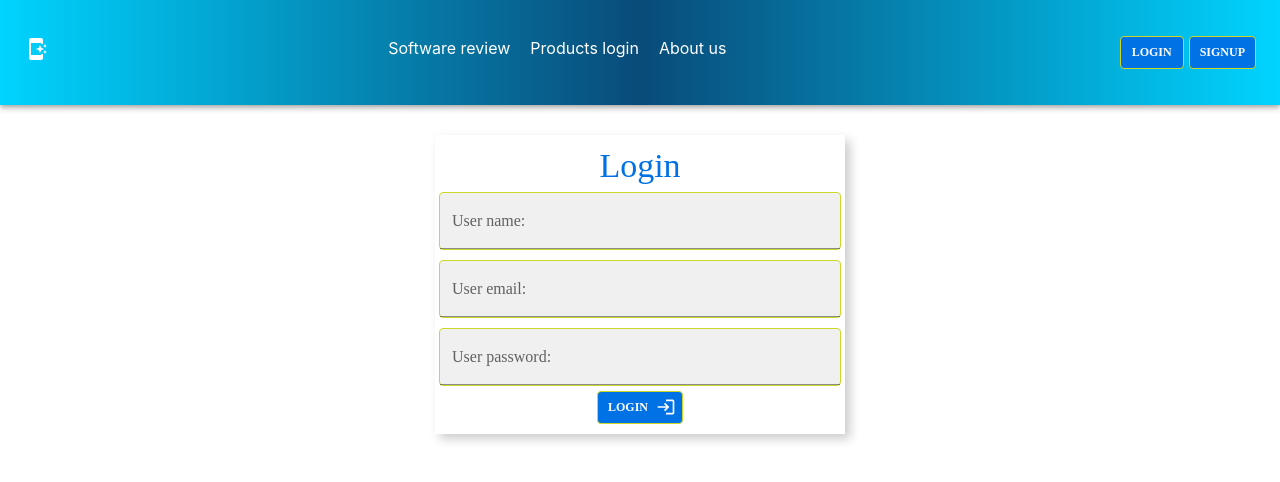
Repository: Alaa-M1/phoenix-products-reactjs-mui
Page: /login
An editor plug-in stored every save of this project. The page is shown before and after the next save, followed by the edit.
The browser window is 1280 px wide. The pictures show the whole page.
Some web fonts or font styles are not loaded; a fallback is used. The project was rebuilt for these pictures with package versions that can differ from the ones it lists, and the page was loaded fresh each time. Also part of the build but not shown: src/App.css, src/pages/SoftwareReview/index.tsx, src/pages/Products/index.tsx, src/pages/AboutUs/index.tsx, src/pages/Signup/index.tsx, src/pages/NotFound/index.tsx.

Above is the page before, as saved 2023-04-20 11:49:26.

After the next save:
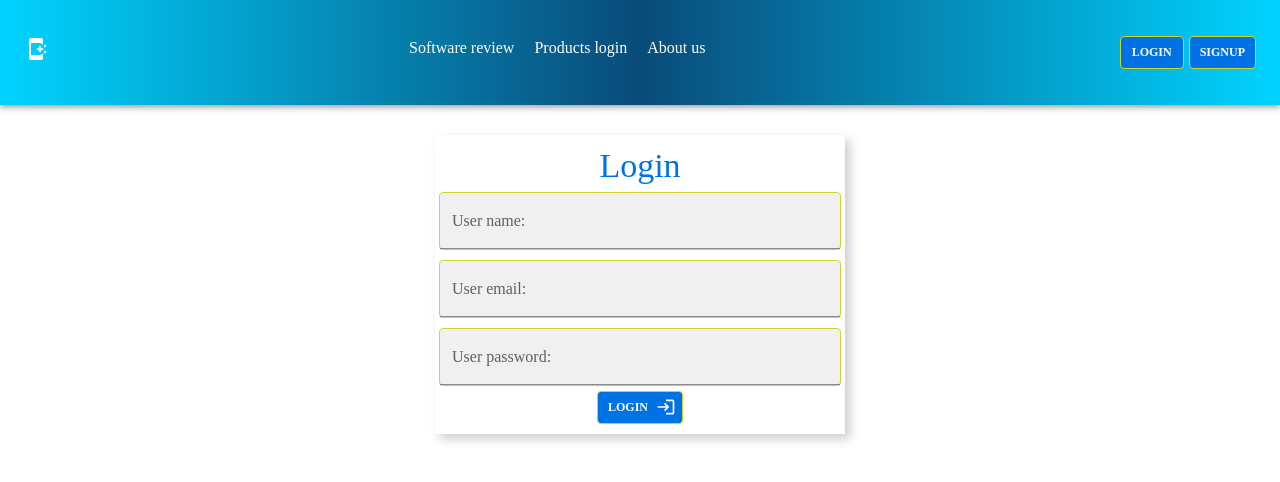
Saved 2 min 4 s later.
--- a/src/pages/AppLayout/index.tsx
+++ b/src/pages/AppLayout/index.tsx
@@ -51,6 +51,7 @@
                     <ul>
                       {links.map((link, index) => (
                         <li key={index}>
+                          <Typography >
                           <StyledLink
                             to={link.path}
                             isactive={
@@ -59,6 +60,7 @@
                           >
                             {link.label}
                           </StyledLink>
+                          </Typography>
                         </li>
                       ))}
                     </ul>

After the save that followed:
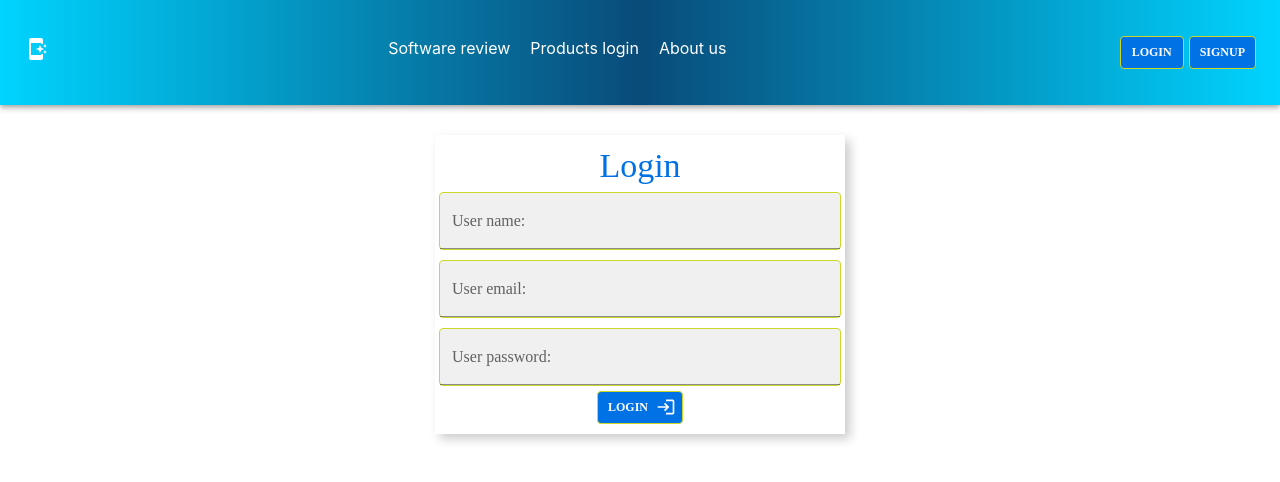
Saved 23 s later.
--- a/src/pages/AppLayout/index.tsx
+++ b/src/pages/AppLayout/index.tsx
@@ -51,7 +51,6 @@
                     <ul>
                       {links.map((link, index) => (
                         <li key={index}>
-                          <Typography >
                           <StyledLink
                             to={link.path}
                             isactive={
@@ -60,7 +59,6 @@
                           >
                             {link.label}
                           </StyledLink>
-                          </Typography>
                         </li>
                       ))}
                     </ul>
